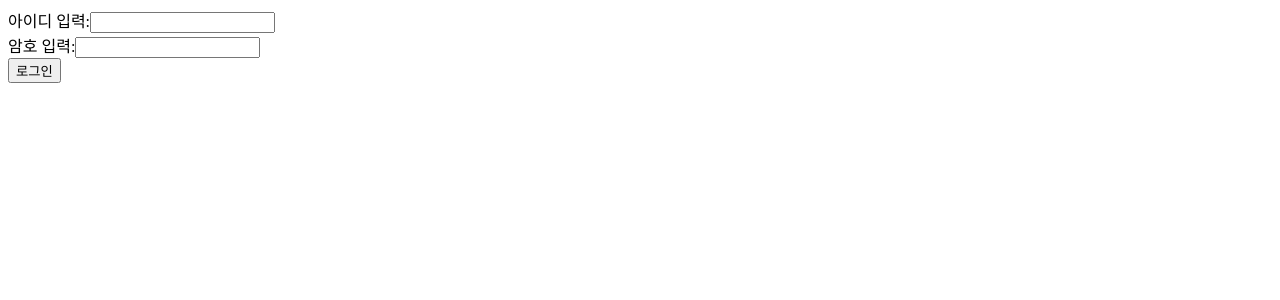
Repository: kwan9069/Starters_Webserver
Page: servlettest/src/main/webapp/login.html
These files come from the project's save history. The page is drawn as it stood at one moment and after the next save; the edit follows.
The browser window is 1280 px wide. The pictures show the whole page.

Above is the page before, as saved 2023-01-04 01:35:15.

### servlettest/src/main/webapp/login.html
<!DOCTYPE html>
<html>
<head>
<meta charset="UTF-8">
<title>Insert title here</title>
</head>
<body>
<form action=" http://localhost:8080/servlettest/loginprocess">
아이디 입력:<input type="text" name= "id" ><br>
암호 입력:<input type="password" name= "pw" ><br>
<input type=submit value="로그인">
</form>
</body>
</html>

After the next save:
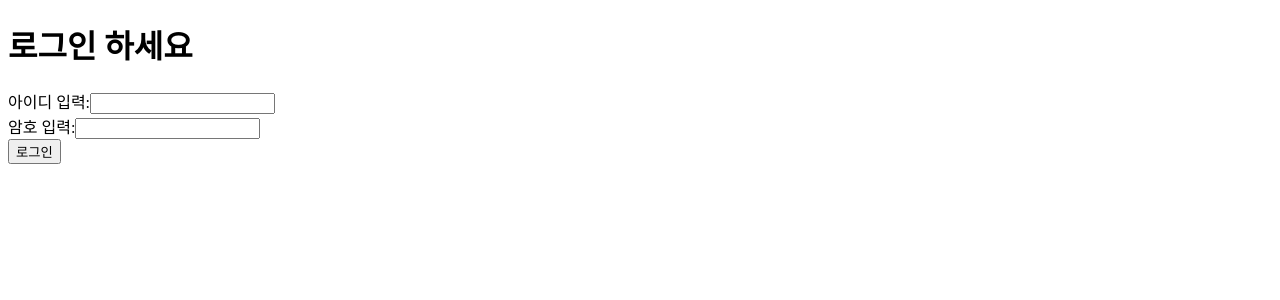
Saved 2 min 30 s later.
--- a/servlettest/src/main/webapp/login.html
+++ b/servlettest/src/main/webapp/login.html
@@ -5,7 +5,13 @@
 <title>Insert title here</title>
 </head>
 <body>
-<form action=" http://localhost:8080/servlettest/loginprocess">
+<h1> 로그인 하세요 </h1>
+<!--
+서블릿 url --"/a"--http://localhost:8081/servlettest/a
+html 태그 속성 url --"/a" -- http://localhost:8081/a
+ -->
+<!-- <form action=" http://localhost:8080/servlettest/loginprocess"> -->
+<form action="loginprocess">
 아이디 입력:<input type="text" name= "id" ><br>
 암호 입력:<input type="password" name= "pw" ><br>
 <input type=submit value="로그인">
